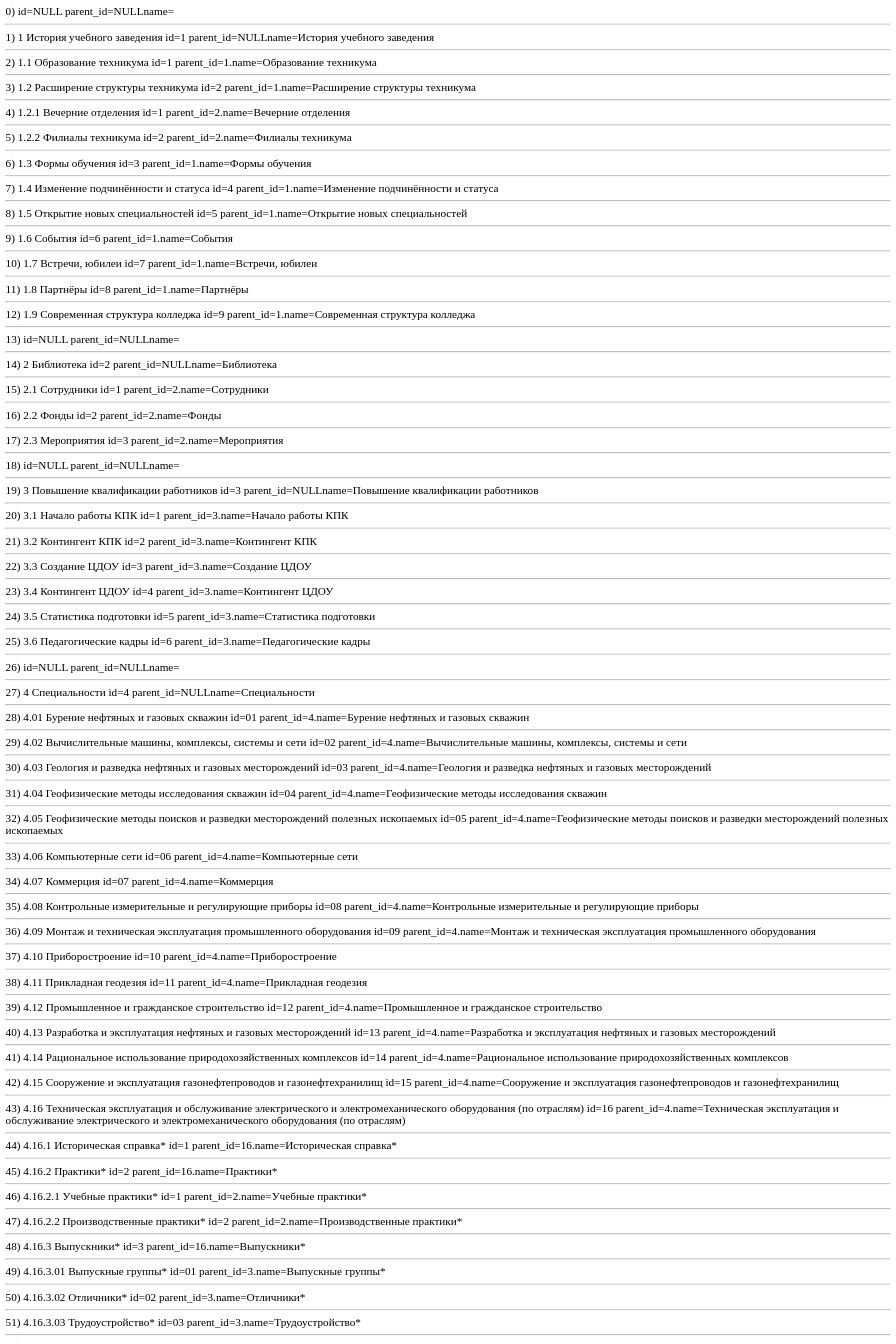
Repository: killercrush/catalog-museum
Page: http://localhost/catalog.php
The author's editor kept a record of every edit. The page is drawn from the files as they stood at one moment, then again after the next edit.
The browser window is 1280 px wide. The pictures show the part of the page from y = 0 to 1920 px (the page is 11438 px tall), at 70% of full size.
The page is run by PHP 8.4 with error messages shown; the project is at /var/www/html/.

Above is the page before.

### catalog.php
<?php



$catalog_string = "
1 История учебного заведения
1.1 Образование техникума
1.2 Расширение структуры техникума
1.2.1 Вечерние отделения
1.2.2 Филиалы техникума
1.3 Формы обучения
1.4 Изменение подчинённости и статуса
1.5 Открытие новых специальностей
1.6 События
1.7 Встречи, юбилеи
1.8 Партнёры
1.9 Современная структура колледжа

2 Библиотека
2.1 Сотрудники
2.2 Фонды
2.3 Мероприятия

3 Повышение квалификации работников
3.1 Начало работы КПК
3.2 Контингент КПК
3.3 Создание ЦДОУ
3.4 Контингент ЦДОУ
3.5 Статистика подготовки
3.6 Педагогические кадры

4 Специальности
4.01 Бурение нефтяных и газовых скважин
4.02 Вычислительные машины, комплексы, системы и сети
4.03 Геология и разведка нефтяных и газовых месторождений
4.04 Геофизические методы исследования скважин
4.05 Геофизические методы поисков и разведки месторождений полезных ископаемых
4.06 Компьютерные сети
4.07 Коммерция
4.08 Контрольные измерительные и регулирующие приборы
4.09 Монтаж и техническая эксплуатация промышленного оборудования
4.10 Приборостроение
4.11 Прикладная геодезия
4.12 Промышленное и гражданское строительство
4.13 Разработка и эксплуатация нефтяных и газовых месторождений
4.14 Рациональное использование природохозяйственных комплексов
4.15 Сооружение и эксплуатация газонефтепроводов и газонефтехранилищ
4.16 Техническая эксплуатация и обслуживание электрического и электромеханического оборудования (по отраслям)
4.16.1 Историческая справка*
4.16.2 Практики*
4.16.2.1 Учебные практики*
4.16.2.2 Производственные практики*
4.16.3 Выпускники*
4.16.3.01 Выпускные группы*
4.16.3.02 Отличники*
4.16.3.03 Трудоустройство*
4.16.3.03.1 Период до 1990 года*
4.16.3.03.2 Период с 1991 года*
4.16.3.03.3 Логотипы организаций*
4.16.3.04 Участники Великой Отечественной войны**
4.16.3.05 Династии*
4.16.3.06 Воины-интернационалисты**
4.16.3.07 Успешные выпускники*
4.16.3.08 Публикации о выпускниках*
4.16.3.09 Печатные издания выпускников**
4.16.3.10 Встречи с выпускниками*

5 Коллектив
5.1 Заместители директора
5.1.1 По учебной работе
5.1.2 По воспитательной работе
5.1.3 По УПР
5.1.4 По АХЧ
5.2 Заведующие отделениями
5.2.1 Вечернее отделение
5.2.2 Дневное отделение
5.2.3 Заочное отделение
5.3 Преподаватели
5.3.1 Штатные преподаватели
5.3.2 Заслуженные учителя
5.3.3 Имеющие Почётные звания
5.3.4 Награждённые отраслевыми грамотами
5.3.5 Награждённые грамотами Минобразования
5.3.6 Приватные преподаватели и совместители
5.3.7 Классные руководители
5.4 ПЦК, ПК
5.4.1 Действующие общей подготовки
5.4.1.1 Английского языка, общеобразовательных гуманитарных дисциплин
5.4.1.2 Математических, общих естественнонаучных дисциплин
5.4.1.3 Общегуманитарных и социально-экономических дисциплин
5.4.1.4 Общеобразовательных дисциплин ОПКРС
5.4.1.5 Общепрофессиональных дисциплин
5.4.1.6 Физической культуры
5.4.1.7 Экономических дисциплин
5.4.2 Действующие выпускающие
5.4.2.1 Геологических дисциплин
5.4.2.2 Геофизических дисциплин
5.4.2.3 Информационных дисциплин и технологий
5.4.2.4 Нефтепромысловых дисциплин
5.4.2.5 Нефтяного и машиностроительного цикла
5.4.2.6 По электротехническим профессиям и специальностям
5.4.2.7 Технического обслуживания и ремонта оборудования
5.4.2.8 Экологических дисциплин
5.4.3 Исторические
5.4.3.01 Геолого-геофизических дисциплин
5.4.3.02 Гуманитарных дисциплин
5.4.3.03 Общественно-гуманитарных дисциплин
5.4.3.04 Общетехнических дисциплин
5.4.3.05 Русского языка и литературы, истории СССР и английского языка
5.4.3.06  Русского языка и литературы, истории СССР, английского языка и военно-физической подготовки
5.4.3.07 Специальных дисциплин
5.4.3.08 Строительных дисциплин
5.4.3.09 Физики, химии, математики
5.4.3.10 Физико-математических дисциплин
5.4.3.11 Физического воспитания
5.4.3.12 Черчения
5.5 Сотрудники
5.6 Участники Великой Отечественной войны
5.7 Труженики тыла
5.8 Выпускники – работники учебного заведения
5.9 Книга почёта

6 ИВЦ
6.1 Историческая справка
6.2 Современное состояние
6.3 Кадровый состав
6.4 Технические ресурсы

7 СМК
7.1 СМК колледжа
7.2 История создания
7.3 Служба маркетинга и качества
7.4 Персонал службы маркетинга и качества
7.5 Аудиты

8 Стипендиаты
8.1 Директорская стипендия
8.2 Ленинская стипендия
8.3 Стипендия им. В.М.Казакова
8.4 Стипендия им. А.Ф.Шакирова
8.5 Стипендия Правительства РФ
8.6 Стипендия Президента РБ
8.7 Стипендия Республиканской организации «Нефтегазстройпрофсоюз»
8.8 Стипендия Федерации профсоюзов РБ

9 Студенческая жизнь при социализме
9.1 История комсомольской организации
9.1.1 Неосвобождённые секретари комитета ВЛКСМ
9.1.2 Освобождённые секретари комитета ВЛКСМ
9.1.3 Состав комитетов ВЛКСМ
9.1.4 Мероприятия с участием комсомольцев
9.2 Студенческие летние будни
9.2.1 Работа в строительных и сельхозотрядах
9.2.2 Работа в колхозах в осенний период

10 Методическая работа
10.1 Историческая справка
10.2 Методический кабинет
10.2.1 Методсовет
10.2.2 Учебно-методические материалы
10.2.3 Школа педагогического мастерства
10.2.4 Награды
10.3 Мероприятия
10.3.1 Конкурсы
10.3.2 Конференции
10.2.3 Олимпиады
10.2.4 Семинары
10.2.5 Смотры
10.4 Наставники

11 Воспитательный процесс
11.1 Спортивная жизнь
11.1.1 Виды спорта
11.1.1.01 Баскетбол
11.1.1.02 Биатлон
11.1.1.03 Борьба
11.1.1.04 Велоспорт
11.1.1.05 Волейбол
11.1.1.06 Гиревой спорт
11.1.1.07 Коньки
11.1.1.08 Кросс
11.1.1.09 Лёгкая атлетика
11.1.1.10 Лыжи
11.1.1.11 Многоборье военно-прикладное
11.1.1.12 Многоборье ГТО
11.1.1.12.1 Советский период
11.1.1.12.2 Период с 2016 года
11.1.1.13 Пауэрлифтинг
11.1.1.14 Плавание
11.1.1.15 Стрельба
11.1.1.16 Теннис настольный
11.1.1.17 Тяжёлая атлетика
11.1.1.18 Футбол
11.1.1.19 Шахматы
11.1.2 Награды
11.1.2.1 Вымпелы
11.1.2.2 Грамоты
11.1.2.3 Кубки
11.1.2.4 Другие награды
11.1.3 Рекорды
11.1.4 Спартакиады
11.1.5 Чемпионы
11.1.6 Учебно-материальная база
11.2 Воспитательная работа
11.2.1 Внеклассная работа
11.2.1.1 Художественная самодеятельность
11.2.1.2 Концерты
11.2.1.3 Конкурсы
11.2.1.4 Творчество студентов
11.2.1.5 Городские мероприятия
11.2.1.6 Республиканские мероприятия
11.2.2 Военно-патриотическое воспитание
11.2.3 Педагог-психолог
11.2.3.1 Конференции
11.2.3.2 Семинары
11.2.3.3 Тренинги
113.2.4 Социальный педагог
11.2.4.1 Студенческая служба безопасности
11.2.4.2 Мероприятия
11.2.5 Педагог организатор
11.2.5.1 Студенческий совет
11.2.5.2 Мероприятия
11.2.6 Жизнь в общежитиях
11.2.7 Студенческие издания
11.3 Музеи
12.1 Этнографический
12.2 Минералогический
12.3 Истории учебного заведения

12 Некоммерческий благотворительный фонд «Студент»
12.1 История создания
12.2 Руководители
12.3 Бухгалтер
12.4 Благотворительность
12.5 Мероприятия

13 Учебное заведение в изданиях
14.1 Газета «Октябрьский нефтяник»
13.1.1 Период с 1952 по 1963 гг.
13.1.1.01 1952 год
13.1.1.02 1953 год
13.1.1.03 1954 год
13.1.1.04 1955 год
13.1.1.05 1956 год
13.1.1.06 1957 год
13.1.1.07 1958 год
13.1.1.08 1959 год
13.1.1.09 1960 год
13.1.1.10 1961 год
13.1.1.11 1962 год
13.1.1.12 1963 год
13.1.2 период с 1964 по 1975 гг.
13.1.2.01 1964 год
13.1.2.02 1965 год
13.1.2.03 1966 год
13.1.2.04 1967 год
13.1.2.05 1968 год
13.1.2.06 1969 год
13.1.2.07 1970 год
13.1.2.08 1971 год
13.1.2.09 1972 год
13.1.2.10 1973 год
13.1.2.11 1974 год
13.1.2.12 1975 год
13.1.3 период с 1976 по 1987 гг.
13.1.3.01 1976 год
13.1.3.02 1977 год
13.1.3.03 1978 год
13.1.3.04 1979 год
13.1.3.05 1980 год
13.1.3.06 1981 год
13.1.3.07 1982 год
13.1.3.08 1983 год
13.1.3.09 1984 год
13.1.3.10 1985 год
13.1.3.11 1986 год
13.1.3.12 1987 год
13.1.4 Период с 1988 по 1999 гг.
13.1.4.01 1988 год
13.1.4.02 1989 год
13.1.4.03 1990 год
13.1.4.04 1991 год
13.1.4.05 1992 год
13.1.4.06 1993 год
13.1.4.07 1994 год
13.1.4.08 1995 год
13.1.4.09 1996 год
13.1.4.10 1997 год
13.1.4.11 1998 год
13.1.4.12 1999 год
13.1.5 Период с 2000 по 2011 гг.
13.1.5.01 2000 год
13.1.5.02 2001 год
13.1.5.03 2002 год
13.1.5.04 2003 год
13.1.5.05 2004 год
13.1.5.06 2005 год
13.1.5.07 2006 год
13.1.5.08 2007 год
13.1.5.09 2008 год
13.1.5.10 2009 год
13.1.5.11 2010 год
13.1.5.12 2011 год
13.1.6 период с 2012 по 2022 гг.
13.1.6.01 2012 год
13.1.6.02 2013 год
13.1.6.03 2014 год
13.1.6.04 2015 год
13.1.6.05 2016 год
13.1.6.06 2017 год
13.1.6.07 2018 год
13.1.6.08 2019 год
13.1.6.09 2020 год
13.1.6.10 2021 год
13.1.6.11 2022 год
13.2 Газета «Деловой мир»
13.3 Газета «Республика Башкортостан»
13.4 Газета «Геофизик Татарии»
13.5 Журналы
";
$elements = explode("\n", $catalog_string);
//var_dump($elements);
$page = '<html><head></head><body>';

try {
	$connection = new PDO('mysql:host=127.0.0.1;port=3306;dbname=c9;charset=UTF8', 'killercrush', '');
	$connection->setAttribute(PDO::ATTR_DEFAULT_FETCH_MODE, PDO::FETCH_ASSOC);
	$connection->setAttribute(PDO::ATTR_ERRMODE, PDO::ERRMODE_EXCEPTION);

} catch (PDOException $e) {
	print "Error!: " . $e->getMessage() . "<br/>";
	die();
}



//$query = $connection->prepare('INSERT INTO `categories`(id, parent_id, name) VALUES (:id, :parent_id, :name)');
foreach($elements as $key => $value) {

    $id = array();
    preg_match('/\.[0-9]+ |^[0-9]+ /', $value, $id);
    if (!isset($id[0])) {
        $id = 'NULL';
    } else if(strpos($id[0], '.') !== false) {
        $id = substr($id[0], 1);
    } else {
        $id = $id[0];
    }

    $parent_id = array();
    preg_match_all('/[0-9]+\./', $value, $parent_id, PREG_SET_ORDER);
	if(!isset($parent_id[0])) {
	    $parent_id = 'NULL';
	} else {
	    $parent_id = end($parent_id)[0];
	}
    $name = substr($value, strpos($value, $id) + strlen($id));

//  	$query->bindValue(':id', $id);
//  	$query->bindValue(':parent_id', $parent_id);
// 	$query->bindValue(':name', $name);

// 	if ($query->execute()) {

	    $page .= $key . ') ' . $value . ' id=' . $id
	        . ' parent_id=' . $parent_id . 'name='. $name . '<hr>';
// 	}
}
$page .= '</body>';
echo $page;
?>

After the next edit:
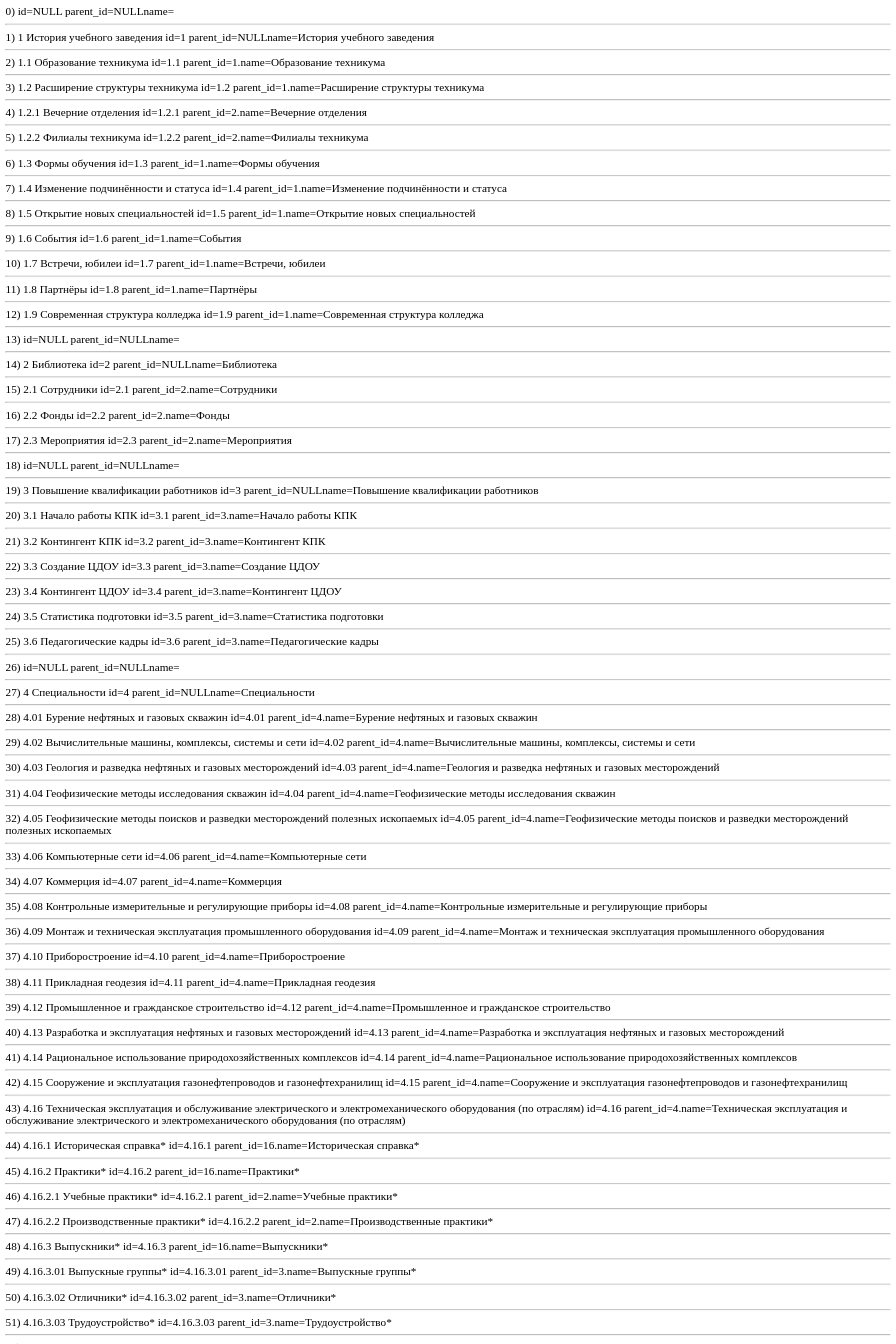
The edit:
--- a/catalog.php
+++ b/catalog.php
@@ -342,7 +342,8 @@
     if (!isset($id[0])) {
         $id = 'NULL';
     } else if(strpos($id[0], '.') !== false) {
-        $id = substr($id[0], 1);
+        //$id = substr($id[0], 1);
+        $id = substr($value, 0, strpos($value, $id[0]) + strlen($id[0]));
     } else {
         $id = $id[0];
     }
